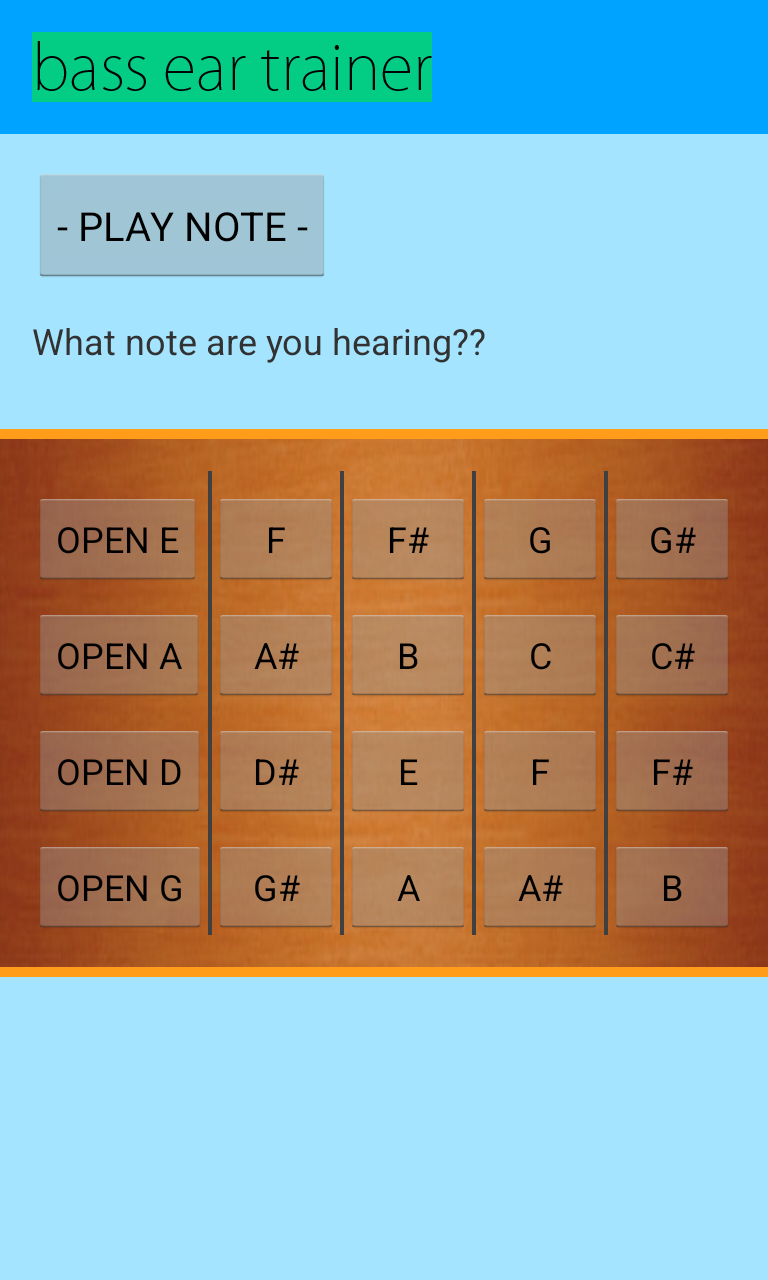
Repository: elliott-ribner/android-guitar-trainer
Layout: randomnotegenerator/res/layout/activity_main.xml
An editor plug-in stored every save of this project. The layout is shown before and after the next save, followed by the edit.
It is drawn on a 768 x 1280 px phone screen (xhdpi) without system bars, with theme AppTheme; the app's code is not run.

Above is the layout before, as saved 2014-06-09 01:39:36.

### randomnotegenerator/res/layout/activity_main.xml
<LinearLayout xmlns:android="http://schemas.android.com/apk/res/android"
    xmlns:tools="http://schemas.android.com/tools"
    android:layout_width="match_parent"
    android:layout_height="match_parent"
    android:background="#A4E4FF"
    android:orientation="vertical"
    tools:context="com.elliott.randomnotegenerator.MainActivity$PlaceholderFragment" >

    <LinearLayout
        android:layout_width="fill_parent"
        android:layout_height="wrap_content"
        android:background="#00A3FF"
        android:paddingBottom="@dimen/activity_vertical_margin"
        android:paddingLeft="@dimen/activity_horizontal_margin"
        android:paddingRight="@dimen/activity_horizontal_margin"
        android:paddingTop="@dimen/activity_vertical_margin" >

        <LinearLayout
            android:layout_width="wrap_content"
            android:layout_height="wrap_content"
            android:background="@drawable/title"
            android:paddingBottom="@dimen/activity_vertical_margin"
            android:paddingLeft="@dimen/activity_horizontal_margin"
            android:paddingRight="@dimen/activity_horizontal_margin"
            android:paddingTop="@dimen/activity_vertical_margin" />
    </LinearLayout>

    <LinearLayout
        android:layout_width="fill_parent"
        android:layout_height="wrap_content"
        android:orientation="vertical"
        android:paddingBottom="@dimen/activity_vertical_margin"
        android:paddingLeft="@dimen/activity_horizontal_margin"
        android:paddingRight="@dimen/activity_horizontal_margin"
        android:paddingTop="@dimen/activity_vertical_margin" >

        <Button
            android:id="@+id/ButtonPlay"
            android:layout_width="wrap_content"
            android:layout_height="wrap_content"
            android:paddingBottom="@dimen/activity_vertical_margin"
            android:paddingTop="@dimen/activity_vertical_margin"
            android:text="@string/play"
            android:textSize="20sp" />

        <TextView
            android:id="@+id/promptBox"
            android:layout_width="wrap_content"
            android:layout_height="wrap_content"
            android:paddingBottom="@dimen/activity_vertical_margin"
            android:paddingTop="@dimen/activity_vertical_margin"
            android:text="@string/prompt"
            android:textSize="18sp" />
    </LinearLayout>

    <LinearLayout
        android:layout_width="fill_parent"
        android:layout_height="5dip"
        android:background="#FF9C19"
        android:paddingBottom="@dimen/activity_vertical_margin"
        android:paddingLeft="@dimen/activity_horizontal_margin"
        android:paddingRight="@dimen/activity_horizontal_margin"
        android:paddingTop="@dimen/activity_vertical_margin" />

    <LinearLayout
        android:layout_width="fill_parent"
        android:layout_height="wrap_content"
        android:background="@drawable/background"
        android:orientation="horizontal"
        android:paddingBottom="@dimen/activity_vertical_margin"
        android:paddingLeft="@dimen/activity_horizontal_margin"
        android:paddingRight="@dimen/activity_horizontal_margin"
        android:paddingTop="@dimen/activity_vertical_margin" >

        <LinearLayout
            android:layout_width="wrap_content"
            android:layout_height="wrap_content"
            android:orientation="vertical" >

            <Button
                android:id="@+id/ButtonEL"
                android:layout_width="wrap_content"
                android:layout_height="wrap_content"
                android:layout_marginTop="10dp"
                android:text="@string/el" />

            <Button
                android:id="@+id/ButtonAL"
                android:layout_width="wrap_content"
                android:layout_height="wrap_content"
                android:layout_marginTop="10dp"
                android:text="@string/al" />

            <Button
                android:id="@+id/ButtonD"
                android:layout_width="wrap_content"
                android:layout_height="wrap_content"
                android:layout_marginTop="10dp"
                android:text="@string/d" />

            <Button
                android:id="@+id/ButtonG"
                android:layout_width="wrap_content"
                android:layout_height="wrap_content"
                android:layout_marginTop="10dp"
                android:text="@string/g" />
        </LinearLayout>

        <View
            android:layout_width="2dip"
            android:layout_height="fill_parent"
            android:background="#404040" />

        <LinearLayout
            android:layout_width="wrap_content"
            android:layout_height="wrap_content"
            android:orientation="vertical" >

            <Button
                android:id="@+id/ButtonFL"
                android:layout_width="wrap_content"
                android:layout_height="wrap_content"
                android:layout_marginTop="10dp"
                android:text="@string/fl" />

            <Button
                android:id="@+id/ButtonASL"
                android:layout_width="wrap_content"
                android:layout_height="wrap_content"
                android:layout_marginTop="10dp"
                android:text="@string/asl" />

            <Button
                android:id="@+id/ButtonDS"
                android:layout_width="wrap_content"
                android:layout_height="wrap_content"
                android:layout_marginTop="10dp"
                android:text="@string/ds" />

            <Button
                android:id="@+id/ButtonGS"
                android:layout_width="wrap_content"
                android:layout_height="wrap_content"
                android:layout_marginTop="10dp"
                android:text="@string/gs" />
        </LinearLayout>

        <View
            android:layout_width="2dip"
            android:layout_height="fill_parent"
            android:background="#404040" />

        <LinearLayout
            android:layout_width="wrap_content"
            android:layout_height="wrap_content"
            android:orientation="vertical" >

            <Button
                android:id="@+id/ButtonFSL"
                android:layout_width="wrap_content"
                android:layout_height="wrap_content"
                android:layout_marginTop="10dp"
                android:text="@string/fsl" />

            <Button
                android:id="@+id/ButtonBL"
                android:layout_width="wrap_content"
                android:layout_height="wrap_content"
                android:layout_marginTop="10dp"
                android:text="@string/bl" />

            <Button
                android:id="@+id/ButtonE"
                android:layout_width="wrap_content"
                android:layout_height="wrap_content"
                android:layout_marginTop="10dp"
                android:text="@string/e" />

            <Button
                android:id="@+id/ButtonA"
                android:layout_width="wrap_content"
                android:layout_height="wrap_content"
                android:layout_marginTop="10dp"
                android:text="@string/a" />
        </LinearLayout>

        <View
            android:layout_width="2dip"
            android:layout_height="fill_parent"
            android:background="#404040" />

        <LinearLayout
            android:layout_width="wrap_content"
            android:layout_height="wrap_content"
            android:orientation="vertical" >

            <Button
                android:id="@+id/ButtonGL"
                android:layout_width="wrap_content"
                android:layout_height="wrap_content"
                android:layout_marginTop="10dp"
                android:text="@string/gl" />

            <Button
                android:id="@+id/ButtonC"
                android:layout_width="wrap_content"
                android:layout_height="wrap_content"
                android:layout_marginTop="10dp"
                android:text="@string/c" />

            <Button
                android:id="@+id/ButtonF"
                android:layout_width="wrap_content"
                android:layout_height="wrap_content"
                android:layout_marginTop="10dp"
                android:text="@string/f" />

            <Button
                android:id="@+id/ButtonAS"
                android:layout_width="wrap_content"
                android:layout_height="wrap_content"
                android:layout_marginTop="10dp"
                android:text="@string/as" />
        </LinearLayout>

        <View
            android:layout_width="2dip"
            android:layout_height="fill_parent"
            android:background="#404040" />

        <LinearLayout
            android:layout_width="wrap_content"
            android:layout_height="wrap_content"
            android:orientation="vertical" >

            <Button
                android:id="@+id/ButtonGSL"
                android:layout_width="wrap_content"
                android:layout_height="wrap_content"
                android:layout_marginTop="10dp"
                android:text="@string/gsl" />

            <Button
                android:id="@+id/ButtonCS"
                android:layout_width="wrap_content"
                android:layout_height="wrap_content"
                android:layout_marginTop="10dp"
                android:text="@string/cs" />

            <Button
                android:id="@+id/ButtonFS"
                android:layout_width="wrap_content"
                android:layout_height="wrap_content"
                android:layout_marginTop="10dp"
                android:text="@string/fs" />

            <Button
                android:id="@+id/ButtonB"
                android:layout_width="wrap_content"
                android:layout_height="wrap_content"
                android:layout_marginTop="10dp"
                android:text="@string/b" />
        </LinearLayout>
    </LinearLayout>

    <LinearLayout
        android:layout_width="fill_parent"
        android:layout_height="5dip"
        android:background="#FF9C19"
        android:paddingBottom="@dimen/activity_vertical_margin"
        android:paddingLeft="@dimen/activity_horizontal_margin"
        android:paddingRight="@dimen/activity_horizontal_margin"
        android:paddingTop="@dimen/activity_vertical_margin" />

    <LinearLayout
        android:layout_width="fill_parent"
        android:layout_height="wrap_content"
        android:orientation="vertical"
        android:paddingBottom="@dimen/activity_vertical_margin"
        android:paddingLeft="@dimen/activity_horizontal_margin"
        android:paddingRight="@dimen/activity_horizontal_margin"
        android:paddingTop="@dimen/activity_vertical_margin" >

        <TextView
            android:id="@+id/resultBox"
            android:layout_width="wrap_content"
            android:layout_height="wrap_content"
            android:text="@string/result"
            android:textSize="24sp" />
    </LinearLayout>

</LinearLayout>

### randomnotegenerator/res/values/strings.xml
<?xml version="1.0" encoding="utf-8"?>
<resources>

    <string name="app_name">Bass Guitar Ear Trainer</string>
    <string name="hello_world">Hello world!</string>
    <string name="action_settings">Settings</string>
	<string name="play">- PLAY NOTE -</string>
	<string name="prompt">What note are you hearing??</string>
	<string name="result"></string>
	<string name="c">C</string>
	<string name="cs">C#</string>
	<string name="d">OPEN D</string>
	<string name="ds">D#</string>
	<string name="e">E</string>
	<string name="f">F</string>
	<string name="fs">F#</string>
	<string name="g">OPEN G</string>
	<string name="gs">G#</string>
	<string name="a"> A</string>
	<string name="as">A#</string>
	<string name="b">B</string>
	<string name="el">OPEN E</string>
	<string name="fl">F</string>
	<string name="fsl">F#</string>
	<string name="gl">G</string>
	<string name="gsl">G#</string>
	<string name="al">OPEN A</string>
	<string name="asl">A#</string>
	<string name="bl">B</string>

</resources>

Loaded but not shown: randomnotegenerator/res/values/styles.xml (common file); randomnotegenerator/res/values-v11/styles.xml (common file); randomnotegenerator/res/values-v14/styles.xml (common file); randomnotegenerator/res/values/dimens.xml (common file); randomnotegenerator/res/values-w820dp/dimens.xml (common file)

After the next save:
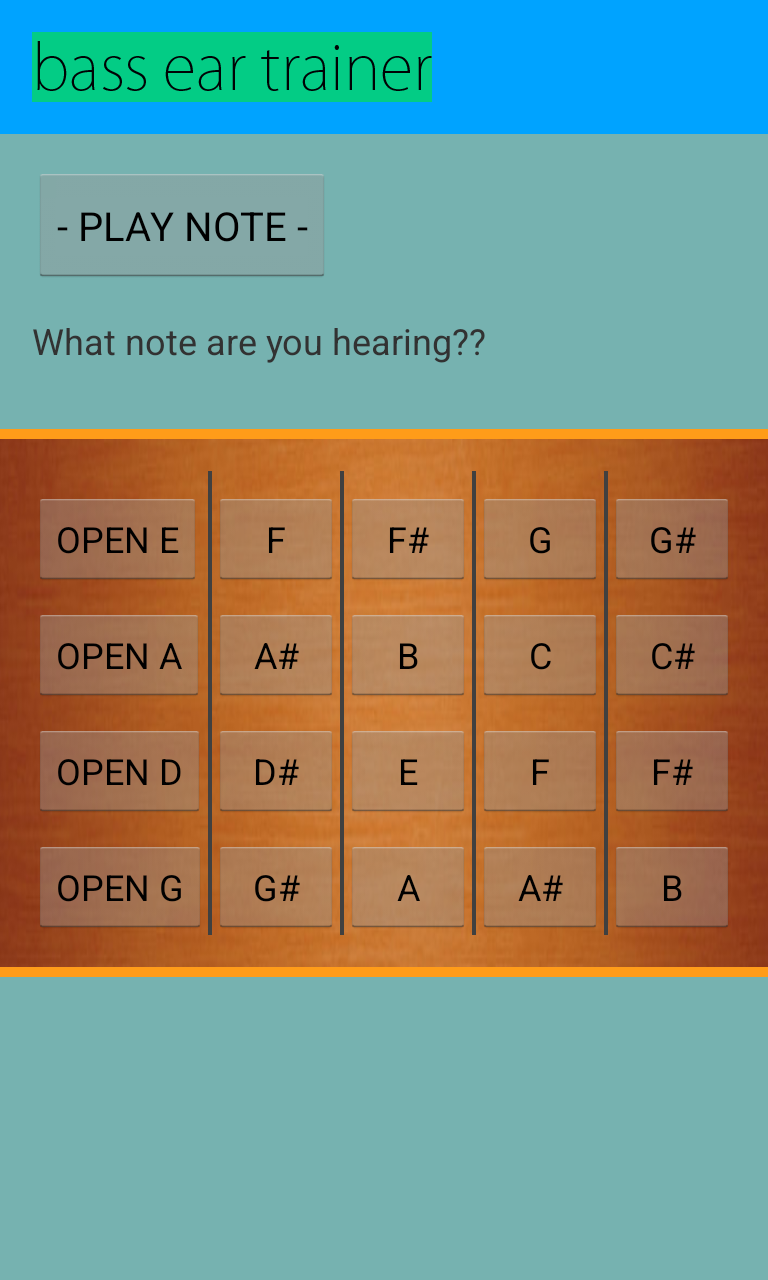
Saved 83 s later.
--- a/randomnotegenerator/res/layout/activity_main.xml
+++ b/randomnotegenerator/res/layout/activity_main.xml
@@ -2,7 +2,7 @@
     xmlns:tools="http://schemas.android.com/tools"
     android:layout_width="match_parent"
     android:layout_height="match_parent"
-    android:background="#A4E4FF"
+    android:background="#76B2B0"
     android:orientation="vertical"
     tools:context="com.elliott.randomnotegenerator.MainActivity$PlaceholderFragment" >
 

After the save that followed:
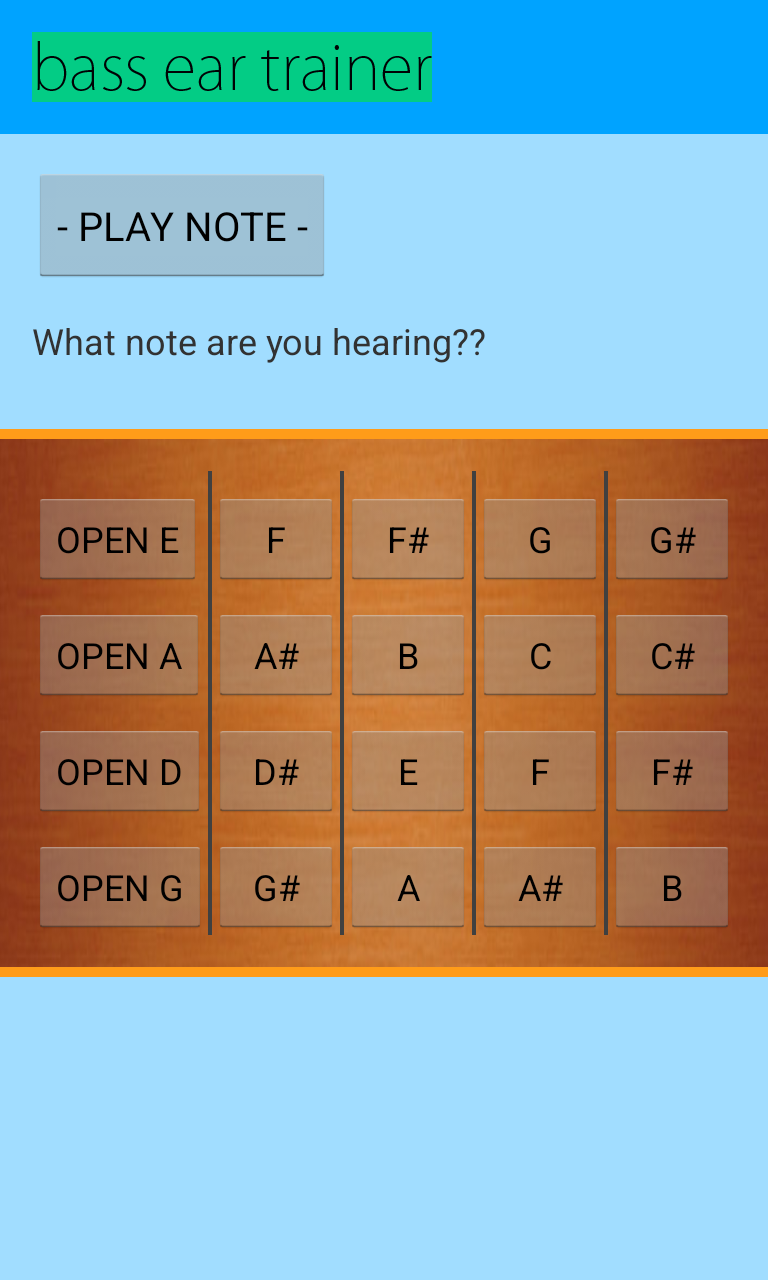
Saved 55 s later.
--- a/randomnotegenerator/res/layout/activity_main.xml
+++ b/randomnotegenerator/res/layout/activity_main.xml
@@ -2,7 +2,7 @@
     xmlns:tools="http://schemas.android.com/tools"
     android:layout_width="match_parent"
     android:layout_height="match_parent"
-    android:background="#76B2B0"
+    android:background="#A1DDFF"
     android:orientation="vertical"
     tools:context="com.elliott.randomnotegenerator.MainActivity$PlaceholderFragment" >
 
